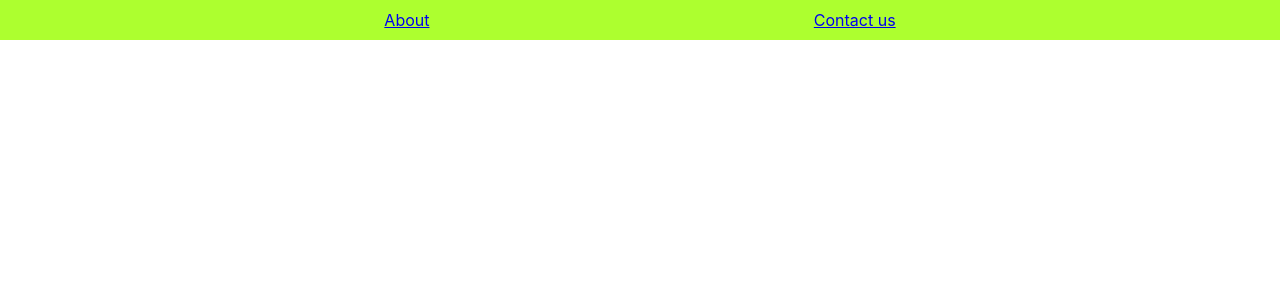
Repository: shah-zx/Pokemon
Page: /
The author's editor kept a copy of each file at every save. The page is drawn from the files as they stood at one save, then again after the next save.
The browser window is 1280 px wide. The pictures show the whole page.
The page's requests for data from a server got no answer. The project was rebuilt for these pictures with package versions that can differ from the ones it lists, and the page was loaded fresh each time. No one was signed in, and anything a server would have sent is missing. Also part of the build but not shown: src/App.css, src/components/Contact.jsx, src/components/About.jsx.

Above is the page before, as saved 2021-11-21 15:52:55.

After the next save:
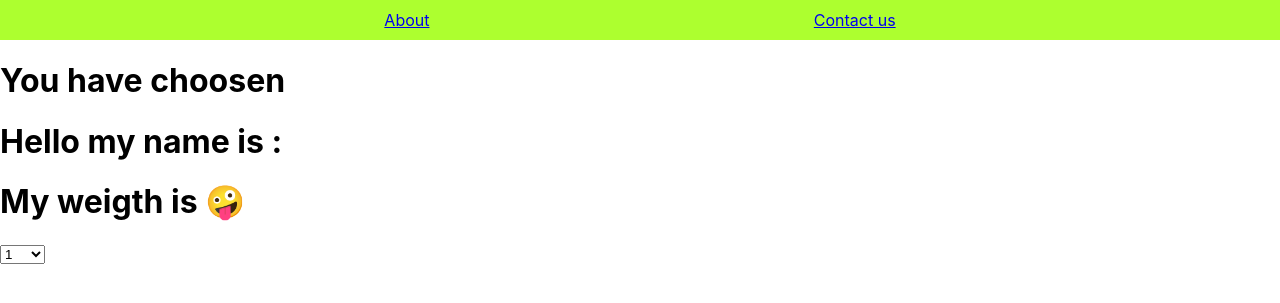
Saved 13 s later.
--- a/src/App.js
+++ b/src/App.js
@@ -14,10 +14,10 @@ function App() {
     <BrowserRouter>
       <Navbar />
        <Routes>
-         <Route path = "/" render ={<ComA/>} />
-         <Route path = "/about" render = {<About name = "about" />} />
-         <Route path = "/contact" render = {<Contact name = 'Contact'/>} />
-         <Route path = "/contact/Name" render = {<Name/>} />
+         <Route path = "/" element ={<ComA/>} />
+         <Route path = "/about" element = {<About name = "about" />} />
+         <Route path = "/contact" element = {<Contact name = 'Contact'/>} />
+         <Route path = "/contact/Name" element = {<Name/>} />
        </Routes>
     </BrowserRouter>
   );
